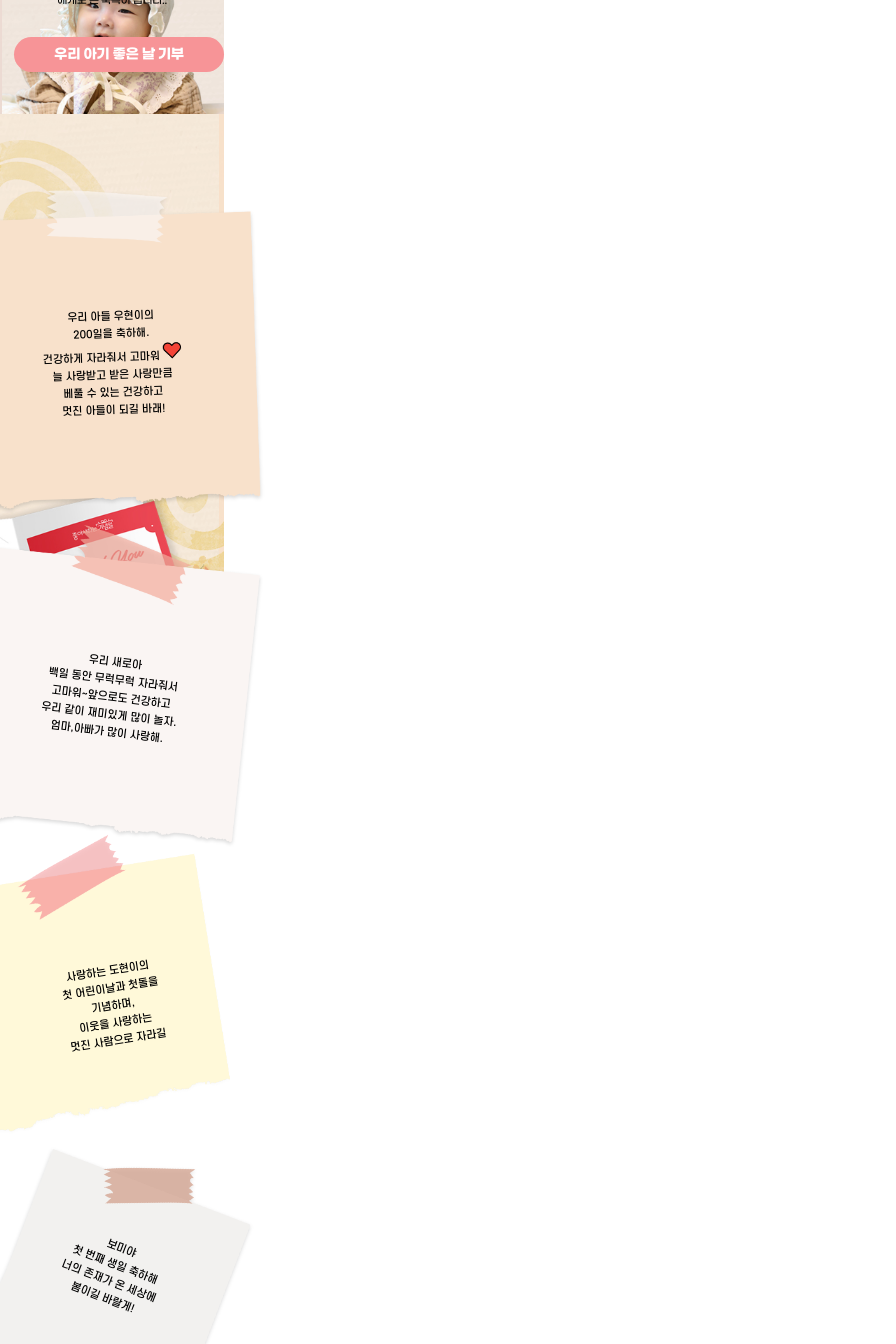
Repository: dlgywls1130/save_the_m320
Page: index.html
An editor plug-in stored every save of this project. The page is shown before and after the next save, followed by the edit.
The browser window is 1280 px wide. The pictures show the part of the page from y = 837 to 2757 px (the page is 10040 px tall), at 70% of full size.

Above is the page before, as saved 2023-12-21 01:07:24.

### index.html
<!DOCTYPE html>
<html lang="en">
<head>
    <meta charset="UTF-8">
    <meta name="viewport" content="width=device-width, initial-scale=1.0">
    <title>세이브더칠드런</title>

    <link rel="stylesheet" href="./css/reset.css">
    <link rel="stylesheet" href="./css/style.css">

</head>
<body>
    <div class="content_body">
        <section class="section_wrapper section01">
            <div class="se01 se_wrapper">
                <div class="seo01_mobile_wrapp">
                    <div class="se01_sub">
                        <div class="sub_logo">
                            <img src="./img/logo01.png" alt="logo">
                        </div>
                        <p>우리 아기 좋은 날 기부</p>
                    </div>
                    <p class="seo01_title">
                        아가야,
                    </p>
                    <p class="seo01_title_two">
                        너의 <span id="rollingText">탄생</span> 순간을 축하해!
                    </p>
                </div>
                <div class="seo01_mobile_wrapp_bottom">
                    <p class="section_descript mb-45">
                        아이의 건강과 행복을
                        <br>바라는 마음을 담아,
                        <br>탄생, 백일, 첫 걸음마, 첫돌 등
                        <br>내 아이의 소중한 순간을
                        <br>기부로 기념해보세요.
                        <br>함께 자라나는 다른 아이들
                        <br>에게도 큰 축복이 됩니다..
                    </p>

                    <a class="donation_link" href="javascript:void(0)">우리 아기 좋은 날 기부</a>
                </div>

            </div>
        </section>
        <section class="section_wrapper section02">
            <div class="se02 se_wrapper">
                <div class="postit_wrapper">
                    <div class="postit postit01">
                        <p>우리 아들 우현이의<br>
                        200일을 축하해.<br>
                        <span>건강하게 자라줘서 고마워 <img src="./img/heart.png"></span>
                        늘 사랑받고 받은 사랑만큼<br>
                        베풀 수 있는 건강하고<br>
                        멋진 아들이 되길 바래!</p>
                    </div>
                    <div class="postit postit02">
                        <p>우리 새로아<Br>
                        백일 동안 무럭무럭 자라줘서<Br>
                        고마워~앞으로도 건강하고<Br>
                        우리 같이 재미있게 많이 놀자.<Br>
                        엄마,아빠가 많이 사랑해.</p>
                    </div>

                    <div class="postit postit05">
                        <p>사랑하는 도현이의<br>
                        첫 어린이날과 첫돌을<br>
                        기념하며, <br>
                        이웃을 사랑하는<br>
                        멋진 사람으로 자라길</p>

                    </div>
                    <div class="postit postit04">
                        <p>보미야<br>
                        첫 번째 생일 축하해<br>
                        너의 존재가 온 세상에<br>
                        봄이길 바랄게!   </p>
                    </div>

                    <div class="postit postit03">
                        <p>서진아<br>
                        우리에게 와줘서 고마워<br>
                        건강하고 행복하게 자라렴.<br>
                        사랑해♡      </p>
                    </div>

                </div>

            </div>
        </section>
        <section class="section_wrapper section03">
            <div class="se_wrapper se03">
                <div class="se_title_co">
                    아기의 좋은 날을<br> 기념해 주신 모든 분들께
                    <br>후원감사증서를 보내드립니다.
                </div>
                <div class="se_sub_co">
                    후원감사증서는<Br> 아기에게 남기고 싶은 메시지와 아기의 좋은 날이 담긴 사진을<br> 보관할 수 있도록
                    만들어드립니다.<br> 먼 훗날, 아기가 성장해 읽게 될 날을 그리며 편지를 써보세요.
                </div>
            </div>

        </section>
        <section class="section_wrapper section04">
            <div class="se_wrapper se04">
                <div class="se_title_co">
                    이름 자수 순면거즈블랭킷
                </div>
                <div class="se_sub_co">
                    30만원 이상 후원하신 분들께는 순면 거즈 아기 블랭킷(90*110)에
                    <Br>원하시는 이름(영문)을 예쁘게 수놓아 드립니다.
                </div>

                <div class="se04_slide mt-85">
                    <div class="se04_slide_list">
                        <img src="./img/slide03.jpg">
                    </div>
                    <div class="se04_slide_list">
                        <img src="./img/slide02.jpg">
                    </div>
                    <div class="se04_slide_list">
                        <img src="./img/slide01.jpg">
                    </div>
                </div>
            </div>
        </section>
        <section class="section_wrapper section05">
            <div class="se_wrapper se05">
                <div class="se_title_co">
                    후원신청 과정
                </div>


                <div class="se_sub_co">
                    30만원 이상 후원해 주신 경우,
                    <br>감사 선물 수령 주소 및 아기 블랭킷에 새겨질 문구 확인을 위한 문자가 발송됩니다.
                </div>

                <div class="se_step_list">
                    <div class="se_step">
                        <p class="step_number">1</p>
                        <div class="step_ico">
                            <img src="./img/icon01.png" alt="img">
                        </div>
                        <p class="step_descript">
                            후원신청하기
                        </p>
                    </div>
                    <div class="se_step">
                        <p class="step_number">2</p>
                        <div class="step_ico">
                            <img src="./img/icon02.png" alt="img">
                        </div>
                        <p class="step_descript">
                            후원감사증서
                            메시지 적기
                        </p>
                    </div>
                </div>
                <div class="se_step_list">
                    <div class="se_step">
                        <p class="step_number">3</p>
                        <div class="step_ico">
                            <img src="./img/icon03.png" alt="img">
                        </div>
                        <p class="step_descript">
                            신청완료
                        </p>
                    </div>
                    <div class="se_step">
                        <p class="step_number">4</p>
                        <div class="step_ico">
                            <img src="./img/icon04.png" alt="img">
                        </div>
                        <p class="step_descript">
                            후원감사증서 발송
                            (1주 이내)
                        </p>
                    </div>
                </div>


                <a class="donation_link" href="javascript:void(0)">우리 아기 좋은 날 기부</a>
            </div>

        </section>
        <section class="section_wrapper section06">
            <div class="se_wrapper se06">
                <div class="se_title_co">
                    후원금, 이렇게 쓰여요!
                </div>
                <div class="se_sub_co">
                    세이브더칠드런은 <Br><span>국내외 아동을 위한 교육,
                    <Br>보호, 보건영양지원,<Br> 아동권리옹호</span> 등의<Br> 활동을 해나가고 있습니다.
                </div>
                <div class="se_sub_co">
                    보내주신 후원금은<Br> 정치, 종교, 인종에 관계없이<Br> 모든 아이를 구해야 한다는
                    <Br>세이브더칠드런의 신념에 따라 <Br><span>가장 도움 필요한 아이를 위해 우선 사용</span>됩니다.
                </div>
            </div>

        </section>
        <section class="section_wrapper section07">
            <div class="se_wrapper se07">
                <div class="se_title_co">
                    FAQ
                </div>
                <div class="accordion">
                    <div class="accordion-item">
                        <h3 class="title">
                            <span>1. 30만원 이상 후원했습니다. <br>거즈 순면 블랭킷은 언제 오나요?</span>
                            <img src="./img/top.png">
                        </h3>
                        <p class="paragraph">
                            우리아기 축하기부로 30만원 이상 후원자님들께는 담요에 수놓을 아기 이름과
                            선물 수령 주소 확인을 위한 문자가 발송됩니다.
                            02-6900-4479로 발송되는 문자 속 설문조사에 답해주세요.
                            확인을 완료하신 분들께는 블랭킷 제작을 담당하고 있는 조니 스튜디오에서
                            아기 이름 자수 작업 완료 후 배송해 드립니다.

                        </p>
                    </div>
                    <div class="accordion-item">
                        <h3 class="title">
                            <span>2. 거즈 순면 블랭킷, 안전한 제품인가요?</span>
                            <img src="./img/top.png">
                        </h3>
                        <p class="paragraph">
                            본 블랭킷은 워싱된 3중 거즈로 제작되었으며, KC안전검사를 완료하였습니다.
                            소재 특성상 섬유 조각이 발생할 수 있어 망에 넣지 않고 3번 정도 물빨래 하시는 것을 권장합니다.

                        </p>
                    </div>
                    <div class="accordion-item">
                        <h3 class="title">
                            <span>3. 거즈 순면 블랭킷을 받았는 데 하자가 있어요. <Br>어떻게 해야 하나요? </span>
                            <img src="./img/top.png">
                        </h3>
                        <p class="paragraph">
                            070-4220-4123 (조니스튜디오 CS)로 전화 연락 부탁드립니다. 하자 물품에 대한 교환은 수령일로부터 7일 이내에 조니스튜디오에 연락해주셔야 하며, 이로 인한 후원금 환불은 어렵습니다.
                        </p>
                    </div>
                    <div class="accordion-item">
                        <h3 class="title">
                            <span>4. 후원감사증서에 넣을 수 있는 사진 사이즈는 <Br>얼마인가요?</span>
                            <img src="./img/top.png">
                        </h3>
                        <p class="paragraph">
                            사진 인화 사이즈 5*7 인치에 맞추어서 제작되었습니다.  그보다 작은 사진일 경우, 후원감사증서
                            내부의 주머니에 넣어 보관하실 수도  있습니다.

                        </p>
                    </div>
                </div>
            </div>

        </section>
        <section class="section_wrapper section08">
            <div class="se_wrapper se08">
                <div class="se08_postion">
                    <p class="se08_title">우리 아기 좋은 날 기부</p>
                    <p class="se08_descript">
                        탄생, 백일, 첫 걸음마, 첫돌...
                        <br>소중한 우리 아기의 성장을 기념해 보세요!
                        <br>아기의 좋은 날이 모여 세상의 행복이 됩니다.
                    </p>
                    <a href="javascript:void(0)" class="more_btn">
                        <p>자세히보기</p>
                        <svg xmlns="http://www.w3.org/2000/svg" width="16" height="16" fill="currentColor" class="bi bi-chevron-right" viewBox="0 0 16 16">
                            <path fill-rule="evenodd" d="M4.646 1.646a.5.5 0 0 1 .708 0l6 6a.5.5 0 0 1 0 .708l-6 6a.5.5 0 0 1-.708-.708L10.293 8 4.646 2.354a.5.5 0 0 1 0-.708z"/>
                        </svg>
                    </a>
                </div>

            </div>
        </section>
    </div>

    <script src="https://ajax.googleapis.com/ajax/libs/jquery/1.12.4/jquery.min.js"></script>
    <script src="./js/main.js"></script>
</body>
</html>

### css/reset.css


html, body, div, span, applet, object, iframe,
h1, h2, h3, h4, h5, h6, p, blockquote, pre,
a, abbr, acronym, address, big, cite, code,
del, dfn, em, img, ins, kbd, q, s, samp,
small, strike, strong, sub, sup, tt, var,
b, u, i, center,
dl, dt, dd, ol, ul, li,
fieldset, form, label, legend,
table, caption, tbody, tfoot, thead, tr, th, td,
article, aside, canvas, details, embed,
figure, figcaption, footer, header, hgroup,
menu, nav, output, ruby, section, summary,
time, mark, audio, video {
	margin: 0;
	padding: 0;
	border: 0;
	font-size: 100%;
	font: inherit;
	vertical-align: baseline;
}

article, aside, details, figcaption, figure,
footer, header, hgroup, menu, nav, section {
	display: block;
}
body {
	line-height: 1;
}
ol, ul {
	list-style: none;
}
blockquote, q {
	quotes: none;
}
blockquote:before, blockquote:after,
q:before, q:after {
	content: '';
	content: none;
}
table {
	border-collapse: collapse;
	border-spacing: 0;
}

### css/style.css

/* root */
:root{
    --main-color:#B17A60;
    --pink-color:#F79497;
}


/* font */

/* dongle */
@font-face {
    font-family: 'Dongle';
    font-weight: 300;
    src: url('../font/Dongle-Light.ttf') format('ttf'),
    url('../font/Dongle-Light.woff') format('woff');
}

@font-face {
    font-family: 'Dongle';
    font-weight: 500;
    src: url('../font/Dongle-Regular.ttf') format('ttf'),
    url('../font/Dongle-Regular.woff') format('woff');
}

@font-face {
    font-family: 'Dongle';
    font-weight: 700;
    src: url('../font/Dongle-Bold.ttf') format('ttf'),
    url('../font/Dongle-Bold.woff') format('woff');
}


/* Gmarket */
@font-face {
    font-family: 'GmarketSans';
    font-weight: 300;
    src: url('../font/GmarketSansLight.ttf') format('ttf'),
    url('../font/GmarketSansLight.woff') format('woff');
}

@font-face {
    font-family: 'GmarketSans';
    font-weight: 500;
    src: url('../font/GmarketSansMedium.ttf') format('ttf'),
    url('../font/GmarketSansMedium.woff') format('woff');
}

@font-face {
    font-family: 'GmarketSans';
    font-weight: 700;
    src: url('../font/GmarketSansBold.ttf') format('ttf'),
    url('../font/GmarketSansBold.woff') format('woff');
}


/* nanumsqure */

@font-face {
    font-family: 'NanumSquare';
    font-weight: 400;
    src: url('../font/NanumSquareL.ttf') format('ttf'),
    url('../font/NanumSquareL.woff') format('woff');
}

@font-face {
    font-family: 'NanumSquare';
    font-weight: 500;
    src: url('../font/NanumSquareR.ttf') format('ttf'),
    url('../font/NanumSquareR.woff') format('woff');
}

@font-face {
    font-family: 'NanumSquare';
    font-weight: 600;
    src: url('../font/NanumSquareB.ttf') format('ttf'),
    url('../font/NanumSquareB.woff') format('woff');
}

@font-face {
    font-family: 'NanumSquare';
    font-weight: 700;
    src: url('../font/NanumSquareEB.ttf') format('ttf'),
    url('../font/NanumSquareEB.woff') format('woff');
}



/* scdream5 */
@font-face {
    font-family: 'SCDream5';
    src: url('../font/SCDream5.woff') format('woff'),
    url('../font/SCDream5.ttf') format('ttf'),
    url('../font/SCDream5.otf') format('otf');
}


.section_wrapper{
    max-width:320px;
    width: 100%;

}

.se_wrapper{
    max-width: 320px;
    width: 100%;
    position: relative;
    box-sizing: border-box;
}


/* section01 */


.section01{
    background: url(../img/back01.jpg) no-repeat;
    height: 1000px;
    background-size: cover;
    background-position: 86%;
}

.se01{
    padding: 60px 20px;
    box-sizing: border-box;
    height: 100%;
    position: relative;
    display: flex;
    flex-direction: column;
    justify-content: space-between;
}
.se01_sub{
    display: flex;
    align-items: center;
    margin-bottom: 30px;
    flex-direction: column;
}

.sub_logo{
    width: 125px;
    height: 40px;
    margin-right: 10px;
}

.sub_logo img{
    width: 100%;
    height: 100%;
    object-fit: contain;
}

.se01_sub p{
    width: 190px;
    height: 30px;
    background: #B17A60;
    border-radius: 15px;
    display: flex;
    align-items: center;
    justify-content: center;
    letter-spacing: -0.03em;
    font-size: 15px;
    font-weight: 700;
    font-family: 'GmarketSans',sans-serif;
    color: #fff;
}

.seo01_title{
    font-family: 'Dongle',sans-serif;
    font-weight: 500;
    font-size: 100px;
    color: var(--main-color);
    letter-spacing: -0.03em;
    text-align: center;
}

.seo01_title_two{
    font-family: 'Dongle',sans-serif;
    font-weight: 500;
    font-size: 50px;
    color: var(--main-color);
    letter-spacing: -0.03em;
    margin-top: -7%;
    margin-bottom: 50px;
    display: flex;
    align-items: center;
    white-space: nowrap;
    text-align: center;
}

.seo01_title_two span{
    margin: 0 0.5rem;
}
.section_descript{
    font-size: 15px;
    line-height: 25px;
    font-family: 'GmarketSans';
    font-weight: 500;
    letter-spacing: -0.03em;
    color: #000;
    text-align: center;
}

.donation_link{
    width: 300px;
    height: 50px;
    border-radius: 100px;
    display: flex;
    align-items: center;
    justify-content: center;
    background: var(--pink-color);
    color: #fff;
    font-family: 'GmarketSans';
    font-size: 20px;
    font-weight: 700;
    letter-spacing: -0.03em;
    text-decoration: none;
    margin: 40px auto 0;
}


@keyframes roll {
    from {
        transform: translateY(40%);
        opacity: 0;
    }
    to {
        transform: translateY(0);
        opacity: 1;
    }
  }


  #rollingText.animate-text {
    animation: roll 0.5s ease-in-out;
}

/* section02 */

.section02{
    height: 2800px;
    background: url('../img/back02.jpg') no-repeat;
}

.se02{
    box-sizing: border-box;
    height: 100%;
}
.postit_wrapper{
    width: 100%;
    padding: 76px 60px 96px;
    position: relative;
    display: flex;
    flex-direction: column;
    align-items: center;
    box-sizing: border-box;
}

.ex_text{
    font-family: 'GmarketSans';
    font-size: 20px;
    font-weight: 500;
    letter-spacing: -0.03em;
}


.postit p img{
    width: 26px;
    height: 26px;
    object-fit: contain;
}
.postit p{
    font-family: 'SCDream5';
    font-size: 15px;
    line-height: 25px;
    text-align: center;
    display: flex;
    justify-content: center;
    align-items: center;
    flex-direction: column;
    height: 100%;
}

.postit01{
    background:url('../img/post04.png') no-repeat;
    width: 520px;
    height: 520px;
    background-size: contain;
    box-sizing: border-box;
}

.postit01 p{
    transform: rotate(358deg);
    padding-top: 20px;
}

.postit02{
    background: url('../img/post05.png') no-repeat;
    width: 510px;
    height: 510px;
    background-size: contain;
    box-sizing: border-box;
    margin-top: -19%;
}

.postit02 p{
    transform: rotate(7deg);
    padding-top: 20px;
}

.postit03{
    background:url('../img/post02.png') no-repeat;
    width: 459px;
    height: 459px;
    background-size: contain;
    box-sizing: border-box;
    margin-top: -25%;
    transform: rotate(-14deg);
}

.postit03 p{
    transform: rotate(-7deg);
    padding-top: 20px;
}

.postit04{
    background: url(../img/post03.png) no-repeat;
    width: 440px;
    height: 440px;
    background-size: cover;
    box-sizing: border-box;
    margin-top: -24%;
    transform: rotate(14deg);
}

.postit04 p{
    transform: rotate(7deg);
}

.postit05{
    background:url('../img/post01.png') no-repeat;
    width: 460px;
    height: 460px;
    background-size: contain;
    box-sizing: border-box;
    margin-top: -22%;
}

.postit05 p{
    transform: rotate(-9deg);
    padding-top: 20px;
}

/* section03 */

.section03{
    height: 1200px;
    background: url('../img/back03.jpg') no-repeat;
}

.se03{
    padding: 200px 60px 96px;
    box-sizing: border-box;
    height: 100%;
}


.se_title_co{
    font-size: 80px;
    line-height: 80px;
    letter-spacing: -0.03em;
    font-family: 'Dongle';
    font-weight: 500;
    color: var(--main-color);
    text-align: center;
}

.se_sub_co{
    font-size: 20px;
    letter-spacing: -0.03em;
    line-height: 30px;
    font-family: 'GmarketSans';
    font-weight: 500;
    text-align: center;
    margin-top: 30px;
}

/* section04 */

.section04{
    height: 1740px;
    background: url('../img/back04.jpg') no-repeat;
}

.se04{
    padding: 80px 0 130px;
    box-sizing: border-box;
    height: 100%;
}

.se04_slide{
    margin: 60px auto 0;
    padding: 0 60px;
}


.se04_slide_list{
    width: 520px;
    height: 440px;
    border-radius: 9px;
    margin-bottom: 25px;
}

.se04_slide_list img{
    width:100%;
height: 100%;
object-fit: cover;
border-radius: 15px;
}
/* section05 */
.section05{
    height: 1000px;
    background: url('../img/back05.jpg') no-repeat;
}

.se05{
    padding: 80px 60px 140px;
    box-sizing: border-box;
    height: 100%;
}

.se_step_list{
    display: flex;
    align-content: center;
    margin-top: 20px;
    position: relative;
    flex-wrap: wrap;
    justify-content: space-between;
}


.se_step_list .se_step{
    position: relative;
    display: flex;
    flex-direction: column;
    align-items: center;
}

.step_number{
    font-size: 25px;
    letter-spacing: -0.03em;
    line-height: 35px;
    font-weight: 700;
    font-family: 'GmarketSans';
    position: absolute;
    left: 19%;
    top: 0;
    color: var(--main-color);
    z-index: 2;
}

.se_step_list .se_step .step_ico{
    width: 200px;
    height: 200px;
    border-radius: 50%;
    background-color: #fff;
    display: flex;
    align-items: center;
    justify-content: center;
    position: relative;
    z-index: 1;
}

.se_step_list .se_step .step_ico img {
    width: 138px;
    height: 138px;
    object-fit: contain;
    object-position: 73%;
}

.step_descript{
    font-size: 20px;
    letter-spacing: -0.03em;
    line-height: 23px;
    font-weight: 500;
    font-family: 'GmarketSans';
    text-align: center;
    margin-top: 20px;
    color: var(--main-color);
}


.section05 .donation_link{
    margin: 70px auto 0;
}


/* section06 */
.section06{
    height:800px;
    background: url('../img/back06.jpg') no-repeat;
}

.se06{
    padding: 155px 0;
    height: 100%;
    box-sizing: border-box;
}


.se_sub_co span{
    font-weight: 700;
}
/* section07 */

.section07{
    height:1000px;
    background: url('../img/back07.jpg') no-repeat;
}

.se07{
    padding: 100px 0;
    height: 100%;
    box-sizing: border-box;
}


.accordion{
    margin-top: 38px;
}
.accordion-item {
    padding:15px 30px;
    margin: 0;
    overflow: hidden;
}

.accordion-item .title {
    display: flex;
    justify-content: space-between;
    align-items: center;
    font-weight: 700;
    font-size: 20px;
    line-height: 30px;
    letter-spacing: -0.03em;
    cursor: pointer;
    width: 100%;
    height: 100px;
    border-radius: 50px;
    background-color: #fff;
    color: var(--main-color);
    padding: 0 50px;
    font-family: 'GmarketSans';
    box-sizing: border-box;
    text-indent: -10px;
}

.accordion-item .title img {
    font-size: 0.9rem;
    color: #454545;
    transform: rotate(0);
    transition: transform 0.15s ease;
}

.accordion-item .paragraph {
    font-weight: 500;
    font-size: 20px;
    letter-spacing: -0.03em;
    color: #000;
    display: none;
    padding: 30px 35px 15px;
    list-style: inside;
    line-height: 30px;
    font-family: 'GmarketSans';
}

.accordion-item .paragraph .indent{
    text-indent: 1rem;
}


.accordion-item .paragraph span{
    font-weight: bold;
}

.accordion-item.active .title img{
    transform: rotate(180deg);
}

.accordion-item.active .paragraph {
    display: block;
}


/* section08 */

.section08{
    height:500px;
    background: url('../img/banner.jpg') no-repeat;
}
.se08{
    position: relative;
    height: 100%;
}

.se08_postion{
    display: flex;
    align-items: center;
    justify-content: center;
    flex-direction: column;
    height: 100%;
}

.se08_title{
    font-family: 'NanumSquare';
    font-weight: 600;
    font-size: 30px;
    letter-spacing: -0.05em;
    line-height: 50px;
    position: relative;
    text-align: center;
    margin-bottom: 30px;
}



.se08_descript{
    font-family: 'NanumSquare';
    font-weight: 500;
    font-size: 20px;
    line-height: 30px;
    letter-spacing: -0.05em;
    text-align: center;
}

.more_btn{
    margin-top: 38px;
    width: 150px;
    height: 40px;
    background: #543F2C;
    display: flex;
    align-items: center;
    justify-content: center;
    text-decoration: none;
}

.more_btn p{
    font-family: 'NanumSquare';
    font-weight: 500;
    font-size: 18px;
    color: #fff;

}

.more_btn svg{
    fill: #fff;
}

Loaded but not shown: js/main.js (46 lines, source omitted)

After the next save:
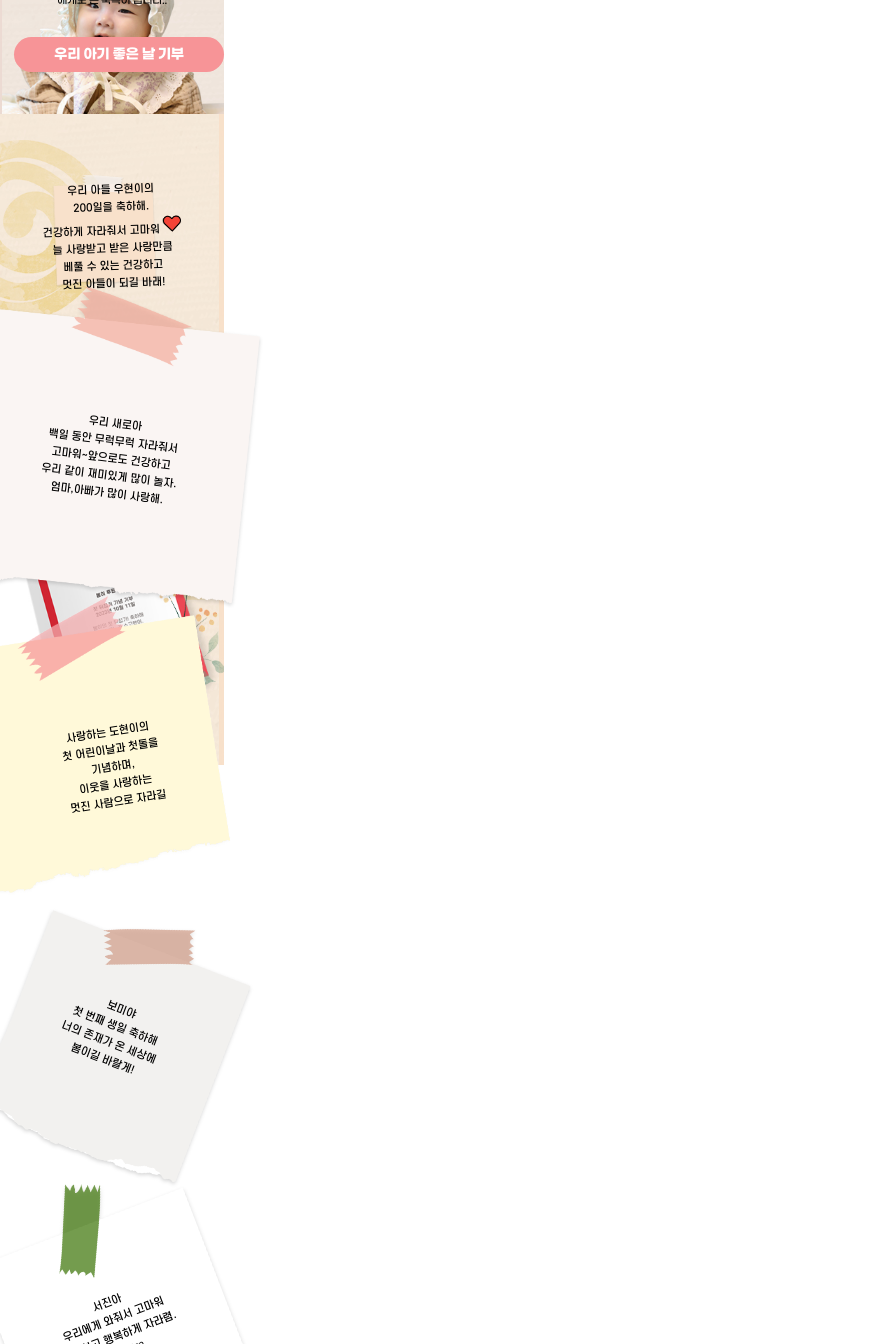
Saved 72 s later.
--- a/css/style.css
+++ b/css/style.css
@@ -280,8 +280,8 @@
 
 .postit01{
     background:url('../img/post04.png') no-repeat;
-    width: 520px;
-    height: 520px;
+    width: 100%;
+    height: auto;
     background-size: contain;
     box-sizing: border-box;
 }
